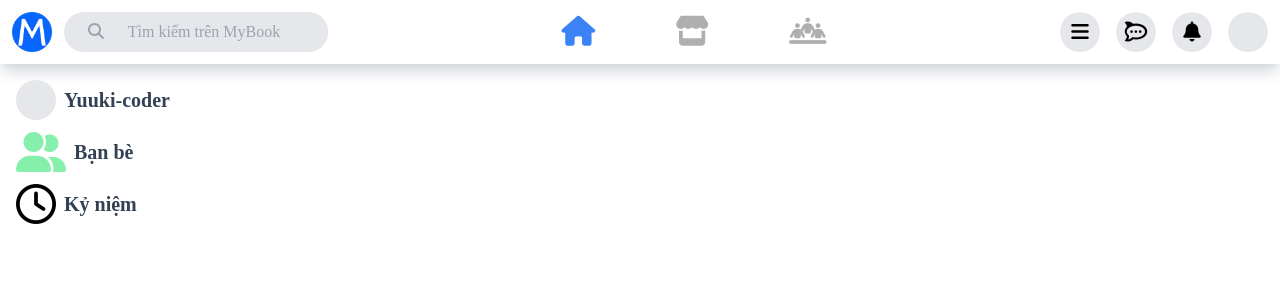
Repository: Yuukicoder/MyBook
Page: / (app in mybook/)
An editor plug-in stored every save of this project. The page is shown before and after the next save, followed by the edit.
The browser window is 1280 px wide. The pictures show the whole page.
The project was rebuilt for these pictures with package versions that can differ from the ones it lists, and the page was loaded fresh each time.

Above is the page before, as saved 2023-12-13 16:05:19.

After the next save:
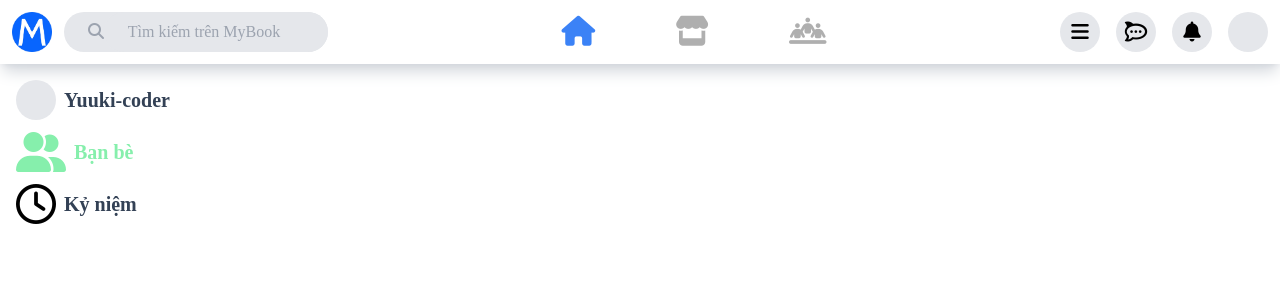
Saved 26 s later.
--- a/mybook/src/Option.js
+++ b/mybook/src/Option.js
@@ -10,7 +10,7 @@
     </div>
     <div class="flex gap-2 items-center box">
     <i class="fa-solid fa-user-group text-green-300"></i>
-        <p class="font-semibold text-xl text-slate-700">Bạn bè</p>
+        <p class="font-semibold text-xl text-green-300">Bạn bè</p>
 
     </div>
     <div class="flex gap-2 items-center box ">

After the save that followed:
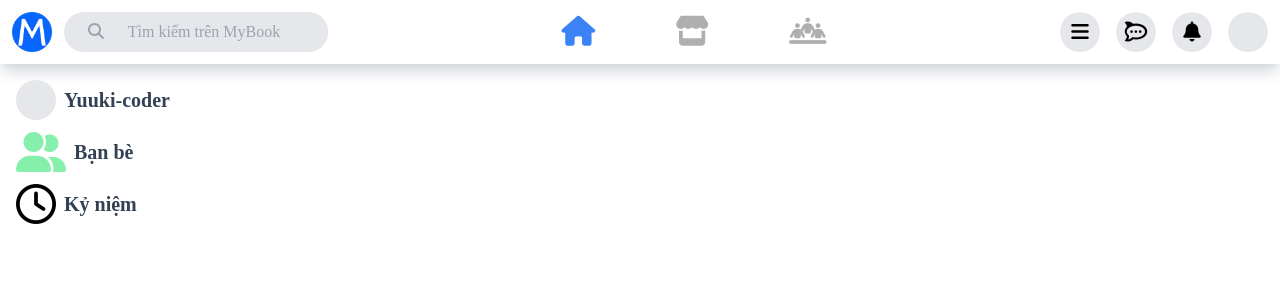
Saved 6 s later.
--- a/mybook/src/Option.js
+++ b/mybook/src/Option.js
@@ -10,7 +10,7 @@
     </div>
     <div class="flex gap-2 items-center box">
     <i class="fa-solid fa-user-group text-green-300"></i>
-        <p class="font-semibold text-xl text-green-300">Bạn bè</p>
+        <p class="font-semibold text-xl text-slate-700">Bạn bè</p>
 
     </div>
     <div class="flex gap-2 items-center box ">
